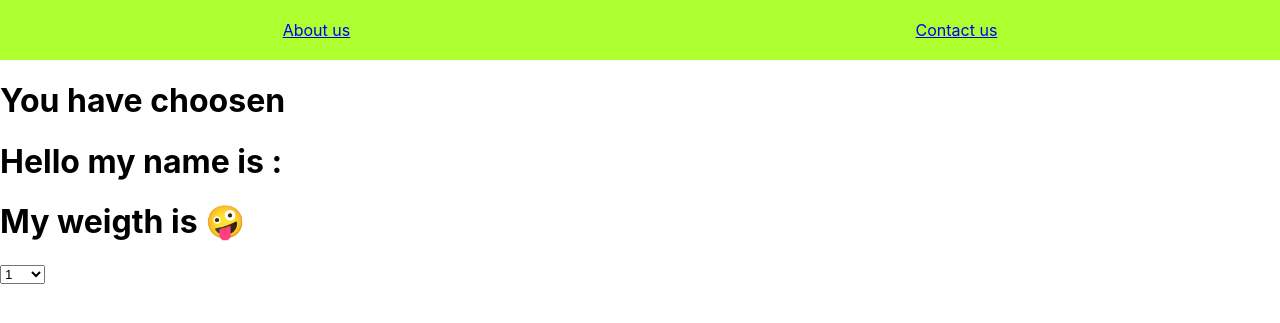
Repository: shah-zx/Pokemon
Page: /
The author's editor kept a copy of each file at every save. The page is drawn from the files as they stood at one save, then again after the next save.
The browser window is 1280 px wide. The pictures show the whole page.
The page's requests for data from a server got no answer. The project was rebuilt for these pictures with package versions that can differ from the ones it lists, and the page was loaded fresh each time. No one was signed in, and anything a server would have sent is missing. Also part of the build but not shown: src/App.css, src/components/Contact.jsx, src/components/About.jsx.

Above is the page before, as saved 2021-11-21 14:33:09.

After the next save:
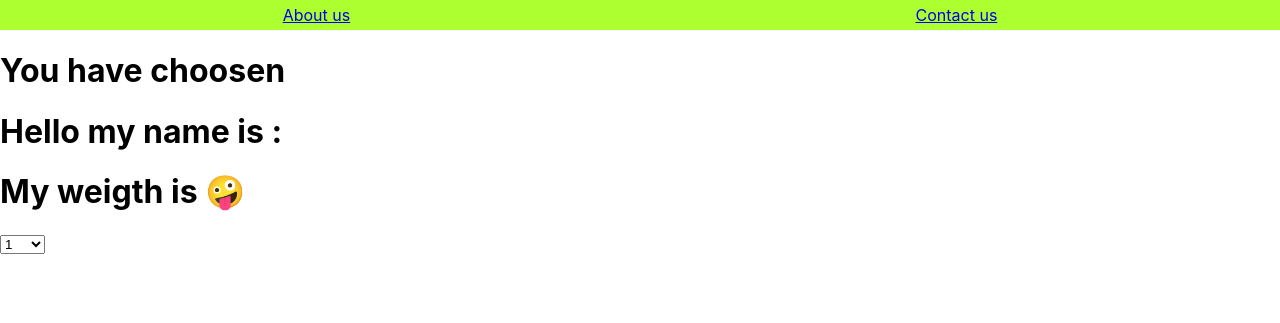
Saved 19 s later.
--- a/src/index.css
+++ b/src/index.css
@@ -14,7 +14,7 @@ code {
 
 .menu_style{
 width: 100%;
-line-height: 60px;
+line-height: 30px;
 background-color: greenyellow;
 display: flex;
 justify-content: space-around;
